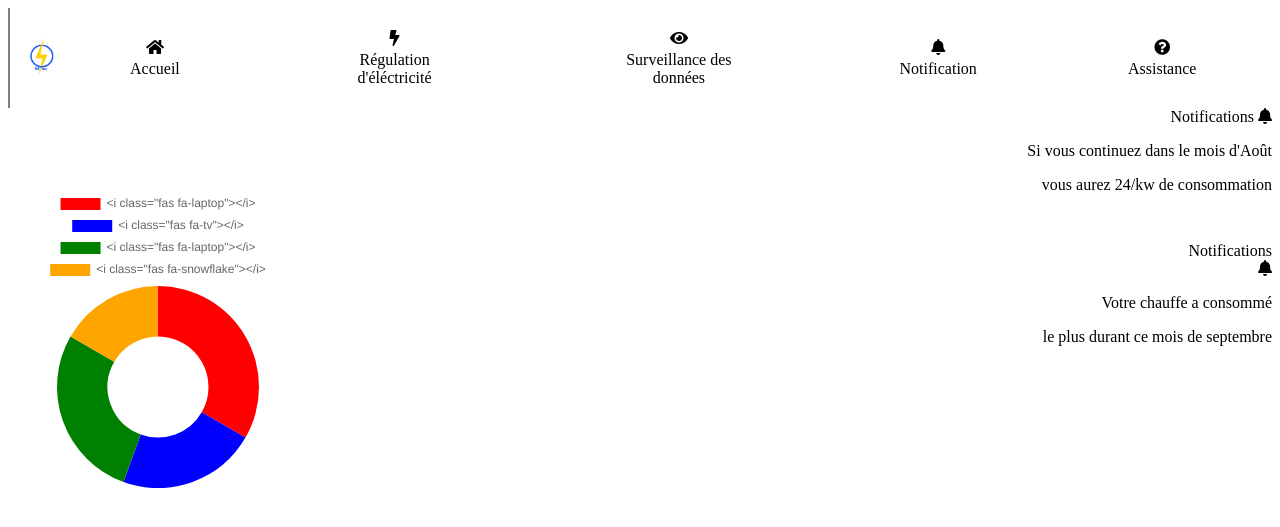
Repository: hamdia200/OSC-Ecowiz
Page: http://localhost/accueil
These files come from the project's save history. The page is drawn as it stood at one moment and after the next save; the edit follows.
The browser window is 1280 px wide. The pictures show the whole page.
The page is served by the project's Laravel application, run on PHP 8.4 with Laravel 10. Other server files are loaded and not shown.

Above is the page before, as saved 2023-08-18 13:37:18.

### routes/web.php
<?php

use Illuminate\Support\Facades\Route;

/*
|--------------------------------------------------------------------------
| Web Routes
|--------------------------------------------------------------------------
|
| Here is where you can register web routes for your application. These
| routes are loaded by the RouteServiceProvider and all of them will
| be assigned to the "web" middleware group. Make something great!
|
*/

Route::get('/', function () {
    return view('welcome');
});

Route::get('/centrale', function () {
    return view('centrale');
});
Route::get('/accueil', function () {
    return view('accueil');
});
Route::get('/inscription', function () {
    return view('inscription');
});
Route::get('/login', function () {
    return view('login');
});
Route::get('/regulation', function () {
    return view('regulation');
});

### resources/views/accueil.blade.php
@extends ("menu")
@section('content')
<div class="container">
<meta charset="UTF-8">
    <meta name="viewport" content="width=device-width, initial-scale=1.0">
    <link rel="stylesheet" href="https://cdnjs.cloudflare.com/ajax/libs/font-awesome/5.15.3/css/all.min.css">
    <script src="https://cdn.jsdelivr.net/npm/chart.js"></script>
    <title>Accueil</title>
    <style>
        .notifications1{
            margin-top: 3rem;
            text-align: right;
        }

        .content{
            margin-top: 5rem;
            height: auto;
            float: left;
        }
        .notifications2{
            text-align: right;
            margin-top: 3rem;
        }

        .row{
            margin-inline: auto;

        }

        .alert{
            text-align:right;
        }

    </style>
    <body>
        <div class="row">
                <div class="col-md-6">
                    <div class="row">
                        <div class="col-xl-3">
                            <div class="content">
                                <canvas id="myCustomChart"></canvas>
                            </div>

                        </div>

                    </div>

                </div>

                <div class="row">
                    <div class="col-xl-3">
                        <div class="notifications-container">
                                <div class="alert">Notifications
                                    <i class="fas fa-bell"></i>
                                    <p> Si vous continuez dans le mois d'Août </p> <p> vous aurez 24/kw de consommation </p>
                                </div>

                            <div class="notifications2">
                                <div>Notifications</div>
                                <i class="fas fa-bell"></i>
                                    <p> Votre chauffe a consommé </p> <p> le plus durant ce mois de septembre </p>
                            </div>
                        </div>
                    </div>
                </div>


                <script>
                    var ctx = document.getElementById('myCustomChart').getContext('2d');
                    var data = {
                        labels: ['<i class="fas fa-laptop"></i>', '<i class="fas fa-tv"></i>', '<i class="fas fa-laptop"></i>', '<i class="fas fa-snowflake"></i>'],
                        datasets: [{
                            data: [30, 20, 25, 15],
                            backgroundColor: [
                                'red',
                                'blue',
                                'green',
                                'orange'
                            ],
                                // hoverBackgroundColor: [
                                // 'url(chemin_vers_image_appareil_1)',
                                // 'url(chemin_vers_image_appareil_2)',
                                // 'url(chemin_vers_image_appareil_3)',
                                // 'url(chemin_vers_image_appareil_4)'
                                // ],
                                borderWidth: 0,
                                hoverBorderWidth: 0
                        }],
                    };

                    var options = {
                        responsive: true,
                        maintainAspectRatio: false,

                    };

                    var myChart = new Chart(ctx, {
                        type: 'doughnut',
                        data: data,
                        options: options,
                    });
                </script>
        </div>
    </body>

    </html>
</div>
@endsection

### resources/views/menu.blade.php
<!DOCTYPE html>
<html>
    <head>
        <meta charset="UTF-8">
        <meta name="viewport" content="width=device-width, initial-scale=1.0">
        <link rel="stylesheet" href="{{asset('bootstrap-5/css/bootstrap.min.css')}}">
        <link rel="stylesheet" href="{{asset('icofont/icofont.min.css')}}">
        <link rel="stylesheet" href="https://cdnjs.cloudflare.com/ajax/libs/font-awesome/5.15.3/css/all.min.css">

        <title>menu</title>
        <style>
        .menu-horizontal {
            list-style-type: none;
            display: flex;
            align-items: center; /* Aligne les éléments au centre horizontalement */
            padding: 0;
            margin: 0;
            border-left: 2px solid gray;
            border-top: none;
            background-color: white;
            height:100px;
        }

        .menu-horizontal li{
            margin: 0 2cm;
            padding: 0;
        }

        .menu-item {
            display: flex;
            flex-direction: column;
            align-items: center;
            justify-content: center;
            border-left: 2p;
        }

        .menu-icon {
            width: 50px;
            height: 50px;
        }

        .menu-text {
            font-size: 16px;
            margin-top: 5px;
            text-align: center;
        }
        .logo {
            padding-left: 20px;
            height: 35px;
        }
        </style>
    </head>

    <body>
        <header>
                <ul class="menu-horizontal fixed-top">
                    <div class="header">
                        <img src="{{asset('/image/ecow.png')}}" alt="" class="logo">
                    </div>
                    <li>
                        <span class="menu-item">
                            <!-- <img src="{{asset('image/elect.png') }}" alt="Icone 1" class="menu-icon"> -->
                            <i class="fas fa-home"></i><span class="menu-text">Accueil</span>
                        </span>
                    </li>
                    <li>
                        <span class="menu-item">
                            <!-- <img src="{{asset('image/donnee.png') }}" alt="Icone 1" class="menu-icon"> -->
                            <i class="fas fa-bolt"></i><span class="menu-text">Régulation d'éléctricité </span>
                        </span>
                    </li>

                    <li>
                        <span class="menu-item">
                            <!-- <img src="{{asset('image/donnee.png') }}" alt="Icone 1" class="menu-icon"> -->
                            <i class="fas fa-eye"></i><span class="menu-text">Surveillance des données </span>
                        </span>
                    </li>
                    <li>
                        <span class="menu-item">
                            <!-- <img src="{{asset('image/sup.png') }}" alt="Icone 1" class="menu-icon"> -->
                            <i class="fas fa-bell"></i><span class="menu-text">Notification</span>
                        </span>
                    </li>
                    <li>
                        <span class="menu-item">
                            <!-- <img src="{{asset('image/assist.png') }}" alt="Icone 1" class="menu-icon"> -->
                            <i class="fas fa-question-circle"></i><span class="menu-text">Assistance</span>
                        </span>
                    </li>
                </ul>

        </header>
        <div class="container">
                @yield('content')
        </div>

    </body>


</html>

After the next save:
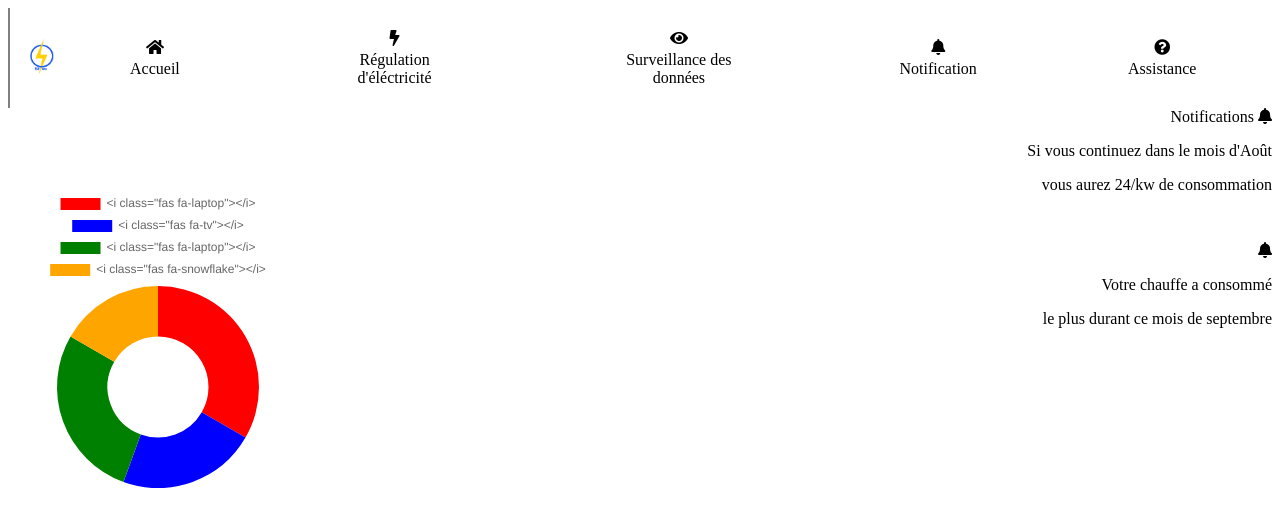
Saved 17 s later.
--- a/resources/views/accueil.blade.php
+++ b/resources/views/accueil.blade.php
@@ -56,7 +56,6 @@
                                 </div>
 
                             <div class="notifications2">
-                                <div>Notifications</div>
                                 <i class="fas fa-bell"></i>
                                     <p> Votre chauffe a consommé </p> <p> le plus durant ce mois de septembre </p>
                             </div>
